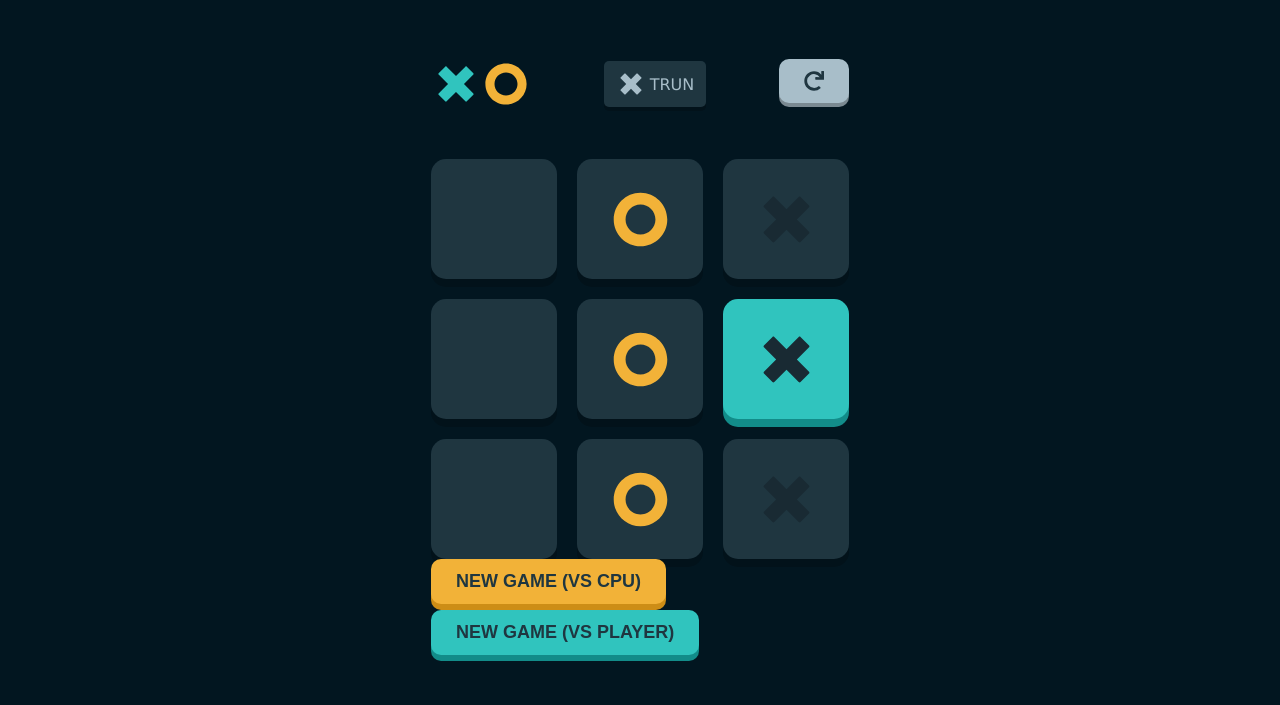
Repository: SD-Mdouka/XO_GAME
Page: /
An editor plug-in stored every save of this project. The page is shown before and after the next save, followed by the edit.
The browser window is 1280 px wide. The pictures show the whole page.
The project was rebuilt for these pictures with package versions that can differ from the ones it lists, and the page was loaded fresh each time. Also part of the build but not shown: src/component/start/Start.js.

Above is the page before, as saved 2022-08-29 16:39:33.

After the next save:
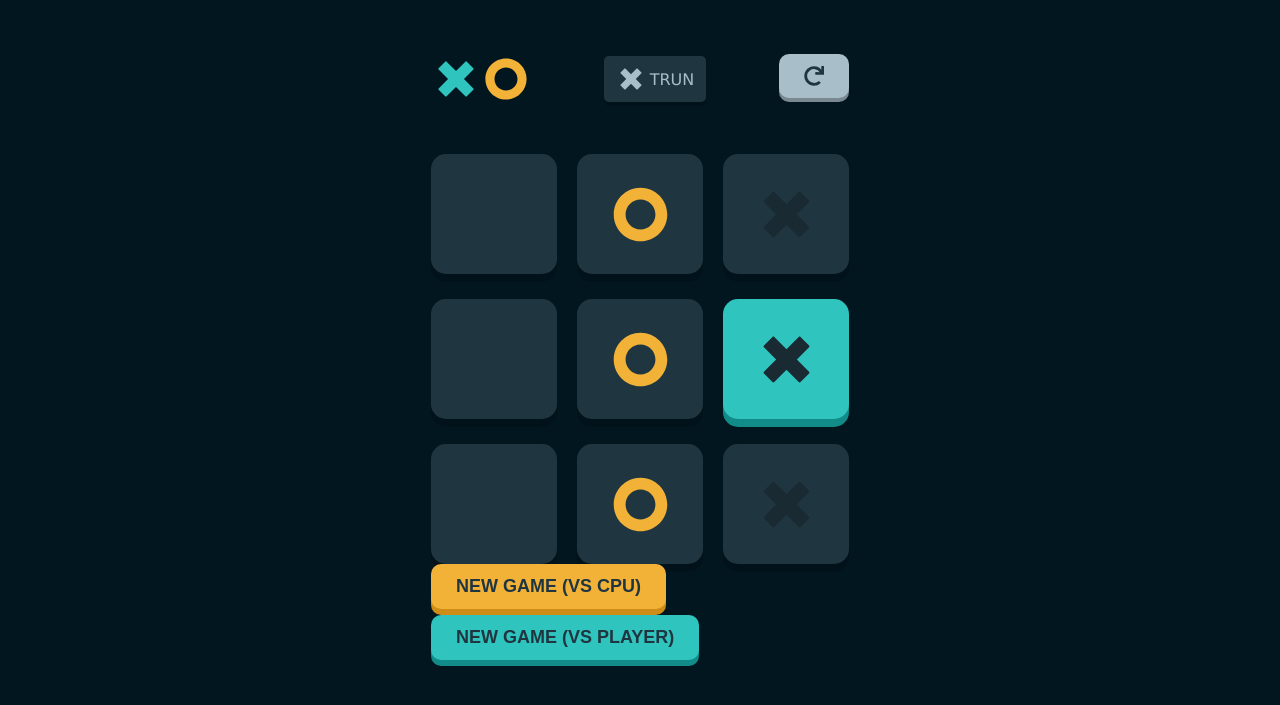
Saved 69 s later.
--- a/src/index.css
+++ b/src/index.css
@@ -295,7 +295,7 @@ body {
 .board__body {
     display: grid;
     grid-template-columns: repeat(3, 1fr);
-    gap: 20px;
+    gap: 25px 20px;
 }
 
 .board__body .card {
